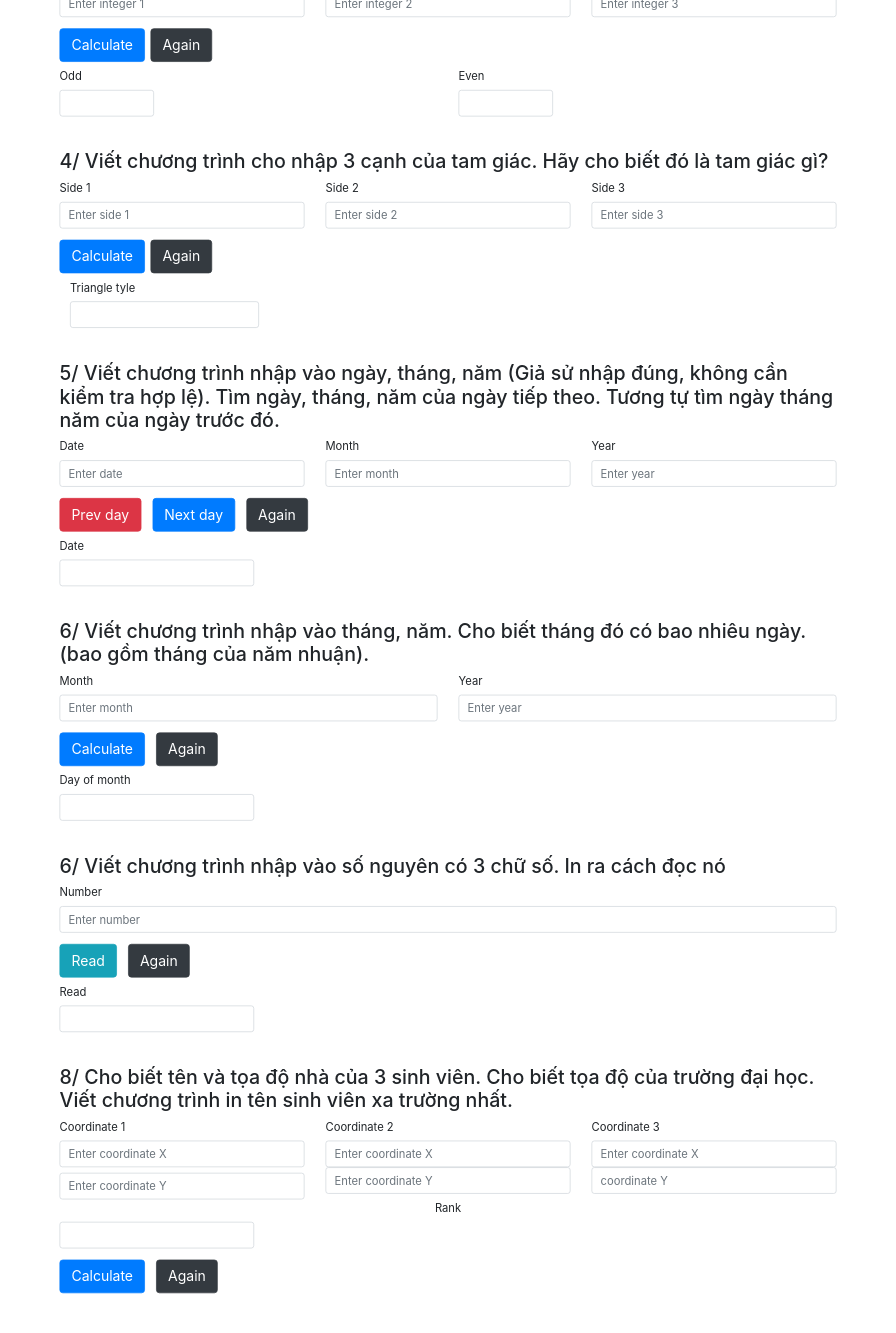
Repository: baobaodeveloper/bootscamp21__jsbasic__HuynhAnhBao
Page: index.html
The author's editor kept a copy of each file at every save. The page is drawn from the files as they stood at one save, then again after the next save.
The browser window is 1280 px wide. The pictures show the part of the page from y = 748 to 2668 px (the page is 2652 px tall before and 2668 px after), at 70% of full size.

Above is the page before, as saved 2022-03-11 18:14:49.

After the next save:
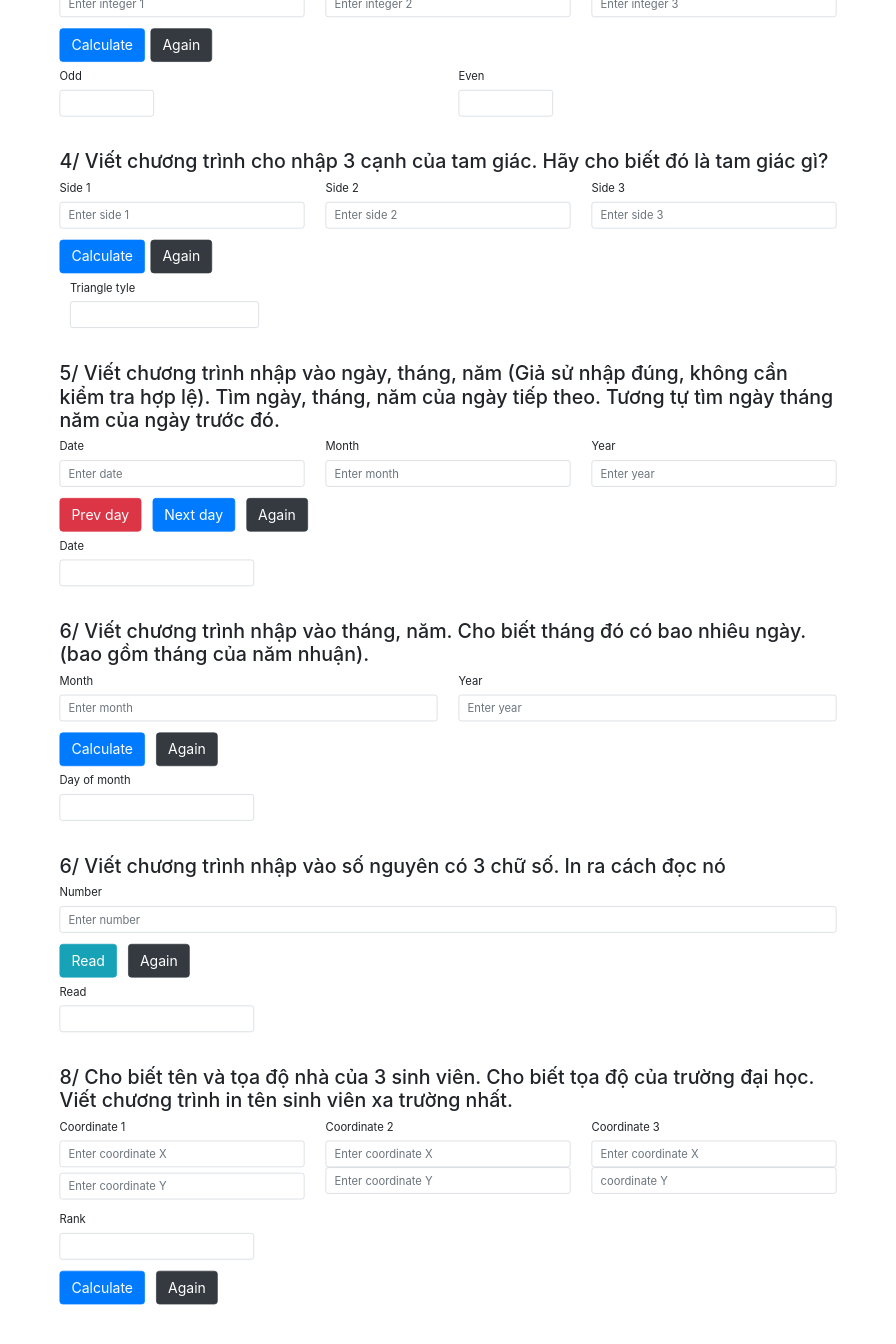
Saved 13 s later.
--- a/index.html
+++ b/index.html
@@ -433,7 +433,7 @@
         </div>
       </div>
 
-      <div class="mt-3 m-auto text-center">
+      <div class="mt-3">
         <label class="form-label">Rank</label>
         <input type="text" class="form-control w-25 result1" />
       </div>
